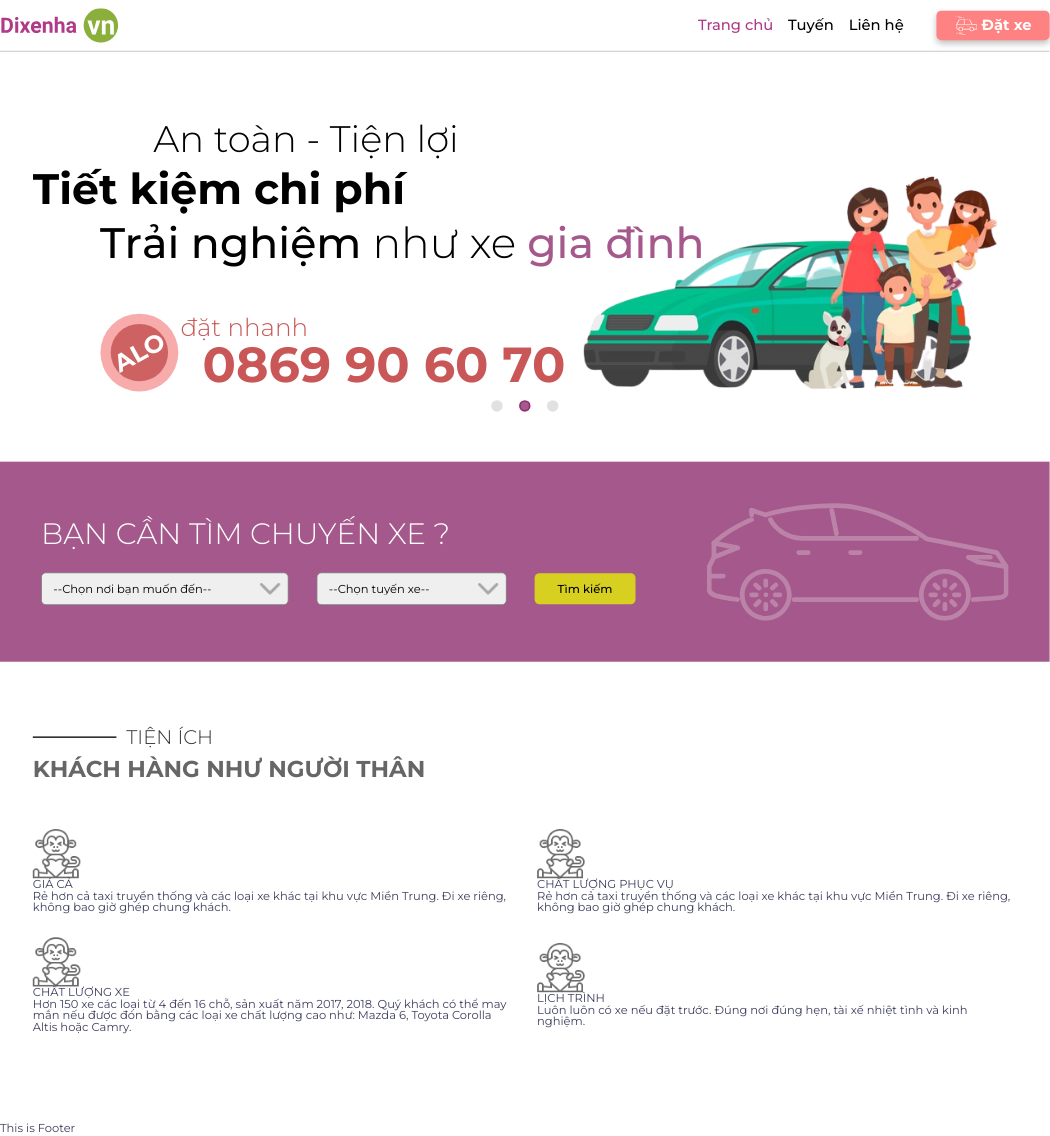
Repository: thanhthien0706/last_project--fe004
Page: lastProductF004/dist/index.html
An editor plug-in stored every save of this project. The page is shown before and after the next save, followed by the edit.
The browser window is 1280 px wide. The pictures show the whole page, at 82% of full size.
Some web libraries are served in a nearby version. The style sheet was rebuilt from its Sass, Less or Tailwind sources for each picture, by a compiler version that may differ from the author's.

Above is the page before, as saved 2021-09-16 21:51:10.

### lastProductF004/dist/index.html
<html lang="vi">

<head>
  <!-- include head.html -->
  <title>Trang web cho thuê xe Đà Nẵng - Hội An</title>
<meta name="viewport" content="width=device-width, initial-scale=1, shrink-to-fit=no">
<meta http-equiv="Content-type" content="text/html;charset=UTF-8">

<!-- favicon -->
<link href="/images/favicon.ico" type="image/x-icon" rel="icon">
<!-- meta social -->
<meta name="twitter:card" content="" />
<meta name="twitter:site" content="" />
<meta name="twitter:creator" content="" />
<meta property="og:description" content="" />
<meta property="og:image" content="" />
<meta property="og:site_name" content="">
<meta property="og:title" content="" />
<meta property="og:type" content="">
<meta property="og:url" content="" />
<link rel="apple-touch-icon" sizes="180x180" href="/images/favicon/apple-touch-icon.png">
<link rel="icon" type="image/png" sizes="32x32" href="/images/favicon/favicon-32x32.png">
<link rel="icon" type="image/png" sizes="16x16" href="/images/favicon/favicon-16x16.png">

<link rel="manifest" href="/manifest.json">

<meta name="mobile-web-app-capable" content="yes">
<meta name="apple-mobile-web-app-capable" content="yes">
<meta name="application-name" content="Short name web app">
<meta name="apple-mobile-web-app-title" content="Short name web app">
<meta name="theme-color" content="#00a849">
<meta name="msapplication-navbutton-color" content="#00a849">
<meta name="apple-mobile-web-app-status-bar-style" content="black-translucent">
<meta name="msapplication-starturl" content="/">


  <!-- include styles.html -->
  <link href="https://fonts.googleapis.com/css?family=Roboto|Roboto+Condensed|Roboto+Mono|Roboto+Slab&display=swap"
    rel="stylesheet">
<link href="https://fonts.googleapis.com/icon?family=Material+Icons" rel="stylesheet">


<!-- boostrap -->
<link rel="stylesheet" href="https://stackpath.bootstrapcdn.com/bootstrap/4.4.1/css/bootstrap.min.css"
    integrity="sha384-Vkoo8x4CGsO3+Hhxv8T/Q5PaXtkKtu6ug5TOeNV6gBiFeWPGFN9MuhOf23Q9Ifjh" crossorigin="anonymous">
<link rel="stylesheet" href="https://use.fontawesome.com/releases/v5.8.2/css/all.css"
    integrity="sha384-oS3vJWv+0UjzBfQzYUhtDYW+Pj2yciDJxpsK1OYPAYjqT085Qq/1cq5FLXAZQ7Ay" crossorigin="anonymous">

<link rel="stylesheet" href="https://unpkg.com/swiper/swiper-bundle.css">
<link rel="stylesheet" href="https://unpkg.com/swiper/swiper-bundle.min.css">

<link href="https://unpkg.com/aos@2.3.1/dist/aos.css" rel="stylesheet">

<!-- build:css(.tmp) style/style.min.css -->
<!-- <link rel="stylesheet" type="text/css" media="screen" href="styles/main.scss"/> -->
<link rel="stylesheet" type="text/css" media="screen" href="css/main.css" />
<!-- endbuild -->
</head>

<body class="wrapper">
  <header class="main_header">
  <div class="container_edit">
    <div class="box_main_content">
      <div class="box_logo">
        <img src="../../images/logo.svg" alt="logo" class="img_logo">
      </div>
      <div class="box_main_menu">
        <ul class="lista_menu">
          <li class="item_list">
              <a href="#" class="active">Trang chủ</a>
          </li>
          <li class="item_list">
              <a href="#">Tuyến</a>
          </li>
          <li class="item_list">
              <a href="#">Liên hệ</a>
          </li>
        </ul>
        <a href="#" class="btn_dat_xe">
          <img src="images/icon/ic_car-1.svg" alt="">
          <span class="text">Đặt xe</span>
        </a>
      </div>
    </div>
  </div>

</header>

  <section>

    <section class="section_01">
      <div class="container_new_edit">
        <div class="box_main_slide">
          <!-- slide 1 -->
          <div class="box_content_slide">

            <div class="box_slogan">
              <p class="slogan_1">An toàn - Tiện lợi</p>
              <p class="slogan_2">Tiết kiệm chi phí</p>
              <p class="slogan_3"><span class="sp_slogan_1">Trải nghiệm</span> như xe <span class="sp_slogan_2">gia đình</span></p>
            </div>

            <div class="box_contact">
              <div class="box_icon">
                <div class="shape_1"></div>
                <div class="shape_2"></div>
                <p class="icon">ALO</p>
              </div>
              <div class="box_text">
                <p>đặt nhanh</p>
                <p class="sdt">
                  0869 90 60 70
                </p>
              </div>
            </div>

            <div class="box_img">
              <img src="images/bg/bg_image-1.png" alt="">
            </div>

          </div>

          <!-- slide 2 -->
          <div class="box_content_slide">

            <div class="box_slogan">
              <p class="slogan_1">An toàn - Tiện lợi</p>
              <p class="slogan_2">Tiết kiệm chi phí</p>
              <p class="slogan_3"><span class="sp_slogan_1">Trải nghiệm</span> như xe <span class="sp_slogan_2">gia đình</span></p>
            </div>

            <div class="box_contact">
              <div class="box_icon">
                <div class="shape_1"></div>
                <div class="shape_2"></div>
                <p class="icon">ALO</p>
              </div>
              <div class="box_text">
                <p>đặt nhanh</p>
                <p class="sdt">
                  0869 90 60 70
                </p>
              </div>
            </div>

            <div class="box_img">
              <img src="images/bg/bg_image-1.png" alt="">
            </div>

          </div>

          <!-- slide 3 -->
          <div class="box_content_slide">

            <div class="box_slogan">
              <p class="slogan_1">An toàn - Tiện lợi</p>
              <p class="slogan_2">Tiết kiệm chi phí</p>
              <p class="slogan_3"><span class="sp_slogan_1">Trải nghiệm</span> như xe <span class="sp_slogan_2">gia đình</span></p>
            </div>

            <div class="box_contact">
              <div class="box_icon">
                <div class="shape_1"></div>
                <div class="shape_2"></div>
                <p class="icon">ALO</p>
              </div>
              <div class="box_text">
                <p>đặt nhanh</p>
                <p class="sdt">
                  0869 90 60 70
                </p>
              </div>
            </div>

            <div class="box_img">
              <img src="images/bg/bg_image-1.png" alt="">
            </div>

          </div>

        </div>
      </div>
    </section>
    <section class="section_02">
      <div class="container_new_edit">
        <div class="row_edit">
          <div class="box_left">
            <p>BẠN CẦN TÌM CHUYẾN XE ?</p>
            <section class="section_list_sec">

              <div class="box_main--sec">
                <span class="arrow">
                  <img src="images/icon/ic_arrow--down.png" alt="">
                </span>
                <select name="" id="" class="select_main">
                  <option value="1">--Chọn nơi bạn muốn đến--</option>
                  <option value="1">Đà nẵng</option>
                  <option value="1">Nha Trang</option>
                  <option value="1">Huế</option>
                </select>
              </div>

              <div class="box_main--sec">
                <span class="arrow">
                  <img src="images/icon/ic_arrow--down.png" alt="">
                </span>
                <select name="" id="" class="select_main">
                  <option value="1">--Chọn tuyến xe--</option>
                  <option value="1">Tuyến 1</option>
                  <option value="1">Tuyến 2</option>
                  <option value="1">Tuyến 3</option>
                </select>
              </div>

              <a href="#" class="btn_search">Tìm kiếm</a>
            </section>
          </div>
          <div class="box_right">
            <img src="images/bg/bg_img-2.svg" alt="">
          </div>
        </div>
      </div>
    </section>
    <section class="section_03">
      <div class="container_new_edit">
        <div class="box_header">
          <span>TIỆN ÍCH</span>
          <h2>KHÁCH HÀNG NHƯ NGƯỜI THÂN</h2>
        </div>
        <div class="box_tien-ich_main">
          <div class="box_grid">
            <div class="item_grid">
              <div class="box_conten">
                <div class="box_logo">
                  <img src="images/icon/ic_monkey.png" alt="">
                </div>
                <div class="box_text--main">
                  <h2>GIÁ CẢ</h2>
                  <p>
                    Rẻ hơn cả taxi truyền thống và các loại xe khác tại khu vực Miền Trung.
                    Đi xe riêng, không bao giờ ghép chung khách.
                  </p>
                </div>
              </div>
            </div>
            <div class="item_grid">
              <div class="box_conten">
                <div class="box_logo">
                  <img src="images/icon/ic_monkey.png" alt="">
                </div>
                <div class="box_text--main">
                  <h2>CHẤT LƯỢNG PHỤC VỤ</h2>
                  <p>
                    Rẻ hơn cả taxi truyền thống và các loại xe khác tại khu vực Miền Trung.
                    Đi xe riêng, không bao giờ ghép chung khách.
                  </p>
                </div>
              </div>
            </div>
            <div class="item_grid">
              <div class="box_conten">
                <div class="box_logo">
                  <img src="images/icon/ic_monkey.png" alt="">
                </div>
                <div class="box_text--main">
                  <h2>CHẤT LƯỢNG XE</h2>
                  <p>
                    Hơn 150 xe các loại từ 4 đến 16 chỗ, sản xuất năm 2017, 2018.
                    Quý khách có thể may mắn nếu được đón bằng các loại xe chất lượng cao
                    như: Mazda 6, Toyota Corolla Altis hoặc Camry.
                  </p>
                </div>
              </div>
            </div>
            <div class="item_grid">
              <div class="box_conten">
                <div class="box_logo">
                  <img src="images/icon/ic_monkey.png" alt="">
                </div>
                <div class="box_text--main">
                  <h2>LỊCH TRÌNH</h2>
                  <p>
                    Luôn luôn có xe nếu đặt trước.
                    Đúng nơi đúng hẹn, tài xế nhiệt tình và kinh nghiệm.
                  </p>
                </div>
              </div>
            </div>
          </div>
        </div>
      </div>
    </section>

  </section>
  <footer class="main_footer">
        <h1>This is Footer</h1>
</footer>

  <!-- include scripts.html -->
  <!-- boostrap -->
<script src="https://ajax.googleapis.com/ajax/libs/jquery/3.4.1/jquery.min.js"></script>
<!-- <script src="https://code.jquery.com/jquery-3.3.1.slim.min.js"
        integrity="sha384-q8i/X+965DzO0rT7abK41JStQIAqVgRVzpbzo5smXKp4YfRvH+8abtTE1Pi6jizo"
        crossorigin="anonymous"></script> -->
<script src="https://cdnjs.cloudflare.com/ajax/libs/popper.js/1.14.7/umd/popper.min.js"
        integrity="sha384-UO2eT0CpHqdSJQ6hJty5KVphtPhzWj9WO1clHTMGa3JDZwrnQq4sF86dIHNDz0W1"
        crossorigin="anonymous"></script>
<script src="https://stackpath.bootstrapcdn.com/bootstrap/4.3.1/js/bootstrap.min.js"
        integrity="sha384-JjSmVgyd0p3pXB1rRibZUAYoIIy6OrQ6VrjIEaFf/nJGzIxFDsf4x0xIM+B07jRM"
        crossorigin="anonymous"></script>



<!-- build:js script/script.min.js -->
<script type="text/javascript" src="js/slick.js"></script>
<script type="text/javascript" src="js/script.js"></script>
<!-- endbuild -->

<script src="https://unpkg.com/aos@2.3.1/dist/aos.js"></script>
</body>

</html>

### lastProductF004/src/styles/main.scss
// ----------------------------------------------------------------------
// Font
// ----------------------------------------------------------------------
@import url('https://fonts.googleapis.com/css?family=Roboto:300,400,500,700,900&subset=vietnamese');
@import url('https://cdnjs.cloudflare.com/ajax/libs/font-awesome/5.15.1/css/all.min.css');
// ----------------------------------------------------------------------
// Base
// ----------------------------------------------------------------------
@import "base/reset";
@import "base/fonts";
@import "base/base";

// ----------------------------------------------------------------------
// Layout
// ----------------------------------------------------------------------
@import "layout/slick";
@import "layout/global";
@import "layout/keyframes";
@import "layout/header";
@import "layout/footer";

// ----------------------------------------------------------------------
// Pages
// ----------------------------------------------------------------------
@import "pages/homepage";

### lastProductF004/src/styles/base/_fonts.scss
@import url('https://fonts.googleapis.com/css2?family=Montserrat:wght@100;200;300;400;500;600;700;800;900&display=swap');
// font-family: 'Montserrat', sans-serif;

### lastProductF004/src/styles/layout/_keyframes.scss
@include keyframes(faderighttoleft) {
    from {
        opacity: 0;
        right: -50px;
    }

    to {
        opacity: 1;
        right: 0;
    }
}

@include keyframes(face_text_slide) {
    from {
        opacity: 0;
        top: 20px;
    }

    to {
        opacity: 1;
        top: 0;
    }
}
@include keyframes(showcar_home) {
    from {
        opacity: 0;
        visibility: hidden;
        bottom: -10px;
    }

    to {
        opacity: 1;
        visibility: visible;
        bottom: 0;
    }
}

@include keyframes(showcar) {
    from {
        opacity: 0;
        visibility: hidden;
        bottom: -10px;
    }

    to {
        opacity: 1;
        visibility: visible;
        bottom: -24px;
    }
}

@include keyframes(xoayphone) {
    0% {
        @include xoay(-45deg);
    }

    50% {
        @include xoay(25deg);
    }

    100% {
        @include xoay(0deg);
    }
}

@include keyframes(onloadtabs) {
    from {
        opacity: 0;
        visibility: hidden;
        left: -10px;
    }

    to {
        opacity: 1;
        visibility: visible;
        left: 0;
    }
}

@include keyframes(showhomecar) {
    from {
        opacity: 0;
        visibility: hidden;
        min-height: 0;
        bottom: -20px;
    }

    to {
        opacity: 1;
        visibility: visible;
        min-height: 240px;
        bottom: 0;
    }
}

### lastProductF004/src/styles/pages/_homepage.scss
html {
    scroll-behavior: smooth;
}

.container_new_edit{
    max-width: 1200px;
    width: 100%;
    margin: 0 auto;
}

.section_01{
    min-height:500px;
    padding: 83px 0;
    // width: 100%;
    .box_main_slide{
        .box_content_slide{
            position: relative;
            height: 334px;
            .box_slogan{
                position: absolute;
                top: 0;
                left: 0;
                .slogan_1{
                    @include font_size(45);
                    font-weight: 300;
                    color: #000;
                    margin-bottom: 14px;
                    margin-left: 147px;
                }
                .slogan_2{
                    @include font_size(52);
                    font-weight: bold;
                    color: #000;
                    margin-bottom: 14px;
                }
                .slogan_3{
                    @include font_size(52);
                    font-weight: 300;
                    color: #000;
                    margin-bottom: 14px;
                    margin-left: 82px;

                    .sp_slogan_1{
                        font-weight: 500;
                    }
                    .sp_slogan_2{
                        font-weight:500;
                        color: rgba(135, 32, 100, 0.75);
                    }
                }
            }
            .box_contact{
                position: absolute;
                display: flex;
                flex-direction: row;
                align-items: center;
                bottom: 5;
                left: 130px;
                .box_icon{
                    position: relative;
                    .shape_1{
                        position: absolute;
                        width: 95px;
                        height: 95px;
                        background-color:  rgba(245, 151, 151, 0.8);
                        top: 50%;
                        left: 50%;
                        transform: translate(-50%,-50%);
                        border-radius: 50%;
                    }
                    .shape_2{
                        position: absolute;
                        width: 70px;
                        height: 70px;
                        background-color: rgba(197, 81, 81, 0.8);
                        top: 50%;
                        left: 50%;
                        transform: translate(-50%,-50%);
                        border-radius: 50%;
                    }
                    p{
                        @include font_size(30);
                        font-weight: bold;
                        color: #fff;
                        text-align: center;
                        position: absolute;
                        top: 50%;
                        left: 50%;
                        transform: translate(-50%, -50%) rotate(-29deg);
                    }
                }

                .box_text{
                    margin-left: 50px;
                    p{
                        @include font_size(30);
                        font-weight: 300;
                        color: #CA5757;;
                    }
                    .sdt{
                        @include font_size(60);
                        font-weight: bold;
                        margin-left: 27px;
                    }
                }
            }
            .box_img{
                position: absolute;
                right: -44px;
                bottom: -54px;
                img{
                    width: auto;
                    height: 365px;
                    object-fit: cover;
                }
            }
        }
        .slick-dots{
            position: absolute;
            bottom: -22px;
            left: 0;
            right: 0;
            display: flex;
            flex-direction: row;
            align-items: center;
            justify-content: center;
            @include maxWidth(480px) {
                bottom: 30px;
            }
            li {
                margin-right: 20px;

                button {
                  height: 14px;
                  width: 14px;
                  background: #e1e1e1;
                  text-indent: -9999px;
                  display: block;
                  border: 2px solid #e1e1e1;
                  border-radius: 50%;
                  padding: 0;
                  outline: none
                }

                &:last-child {
                  margin-right: 0;
                }

                &.slick-active {
                  button {
                    border: 2px solid rgba(135, 32, 100, 0.75);
                    background-color: rgba(135, 32, 100, 0.75);
                  }
                }
              }
        }
    }
}

.section_02{
    padding: 50px;
    background-color:  rgba(135, 32, 100, 0.75);
    .row_edit{
        display: flex;
        flex-direction: row;
        justify-content: space-between;
        align-items: center;
        .box_left{
            p{
                @include font_size(36);
                font-weight: 300;
                color: #fff;
                margin-bottom: 30px;
            }
            .section_list_sec{
                display: flex;
                flex-direction: row;
                justify-content: space-between;
                align-items: center;
                .box_main--sec{
                    position: relative;
                    margin-right: 34px;
                    .arrow{
                        position: absolute;
                        top: 50% ;
                        right: 10px;
                        transform: translateY(-50%);
                        pointer-events: none;
                        img{
                            width: auto;
                            height: 14px;
                            object-fit: cover;
                        }
                    }
                    .select_main{
                        padding: 12px 94px 12px 13px;
                        border-radius: 6px;
                        outline:none;
                    }
                }

                .btn_search{
                    padding: 12px 28px;
                    border-radius: 6px;
                    color: #000;
                    @include font_size(14);
                    background-color: #D8D020;
                    text-decoration: none;
                    font-weight: 500;
                    transition: 0.5s;
                    &:hover{
                        opacity: 0.8;

                    }
                }
            }
        }
        .box_right{
            img{
                width: 100%;
                height:144px;
            }
        }
    }
}

.section_03{
    padding: 80px 0;
    .box_header{
        display: flex;
        flex-direction: column;
        // align-items: center;
        justify-content:center;
        margin-bottom: 60px;
        span{
            padding: 0 114px;
            color: #333333;
            margin-bottom:12px;
            @include font_size(24);
            font-weight: 300;
            position: relative;
            &::after{
                content: " ";
                position: absolute;
                width:102px;
                height: 2px;
                border: none;
                left: 0;
                top: 50%;
                transform: translateY(-50%);
                background-color:#333333;
            }
        }
        h2{
            color: #666666;
            @include font_size(28);
            font-weight: bold;
        }
    }
    .box_tien-ich_main{
        .box_grid{
            display: flex;
            flex-direction: row;
            flex-wrap: wrap;
            align-items: center;
            margin-left: -15px;
            margin-right: -15px;
            .item_grid{
                width:50%;
                padding-left:15px;
                padding-right:15px;
                margin-bottom: 30px;
            }
        }
    }
}

Loaded but not shown: lastProductF004/dist/js/slick.js (library); lastProductF004/src/styles/base/_reset.scss (common file); lastProductF004/src/styles/layout/_slick.scss (common file); lastProductF004/dist/js/script.js (13 lines, source omitted); lastProductF004/src/styles/base/_base.scss (976 lines, source omitted); lastProductF004/src/styles/layout/_global.scss (187 lines, source omitted); lastProductF004/src/styles/layout/_header.scss (79 lines, source omitted); lastProductF004/src/styles/layout/_footer.scss (no stored copy; drawn as an empty file)

After the next save:
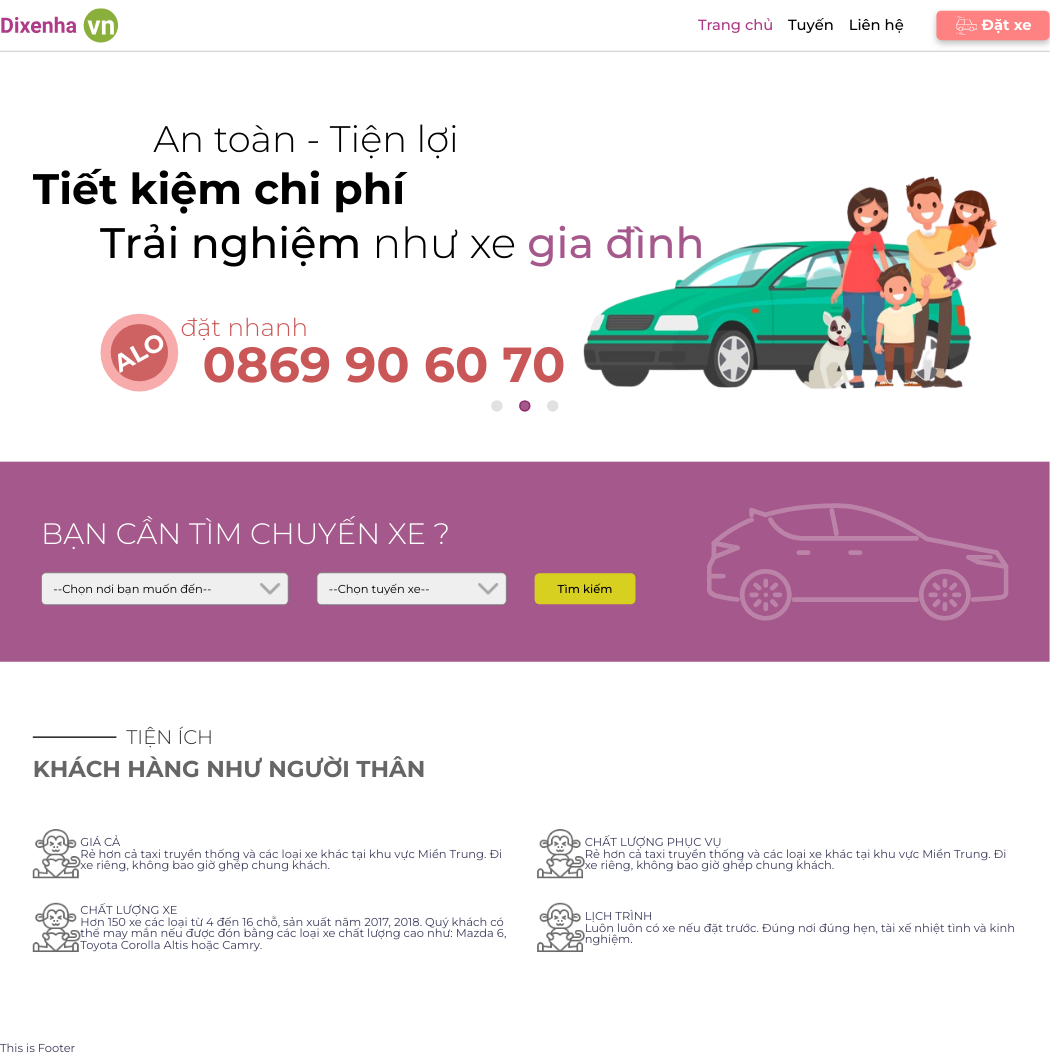
Saved 45 s later.
--- a/lastProductF004/src/styles/pages/_homepage.scss
+++ b/lastProductF004/src/styles/pages/_homepage.scss
@@ -270,7 +270,13 @@ html {
                 padding-left:15px;
                 padding-right:15px;
                 margin-bottom: 30px;
-            }
-        }
-    }
-}
+                .box_conten{
+                    display: flex;
+                    flex-direction: row;
+                    justify-content: center;
+                    align-items: center;
+                }
+            }
+        }
+    }
+}
